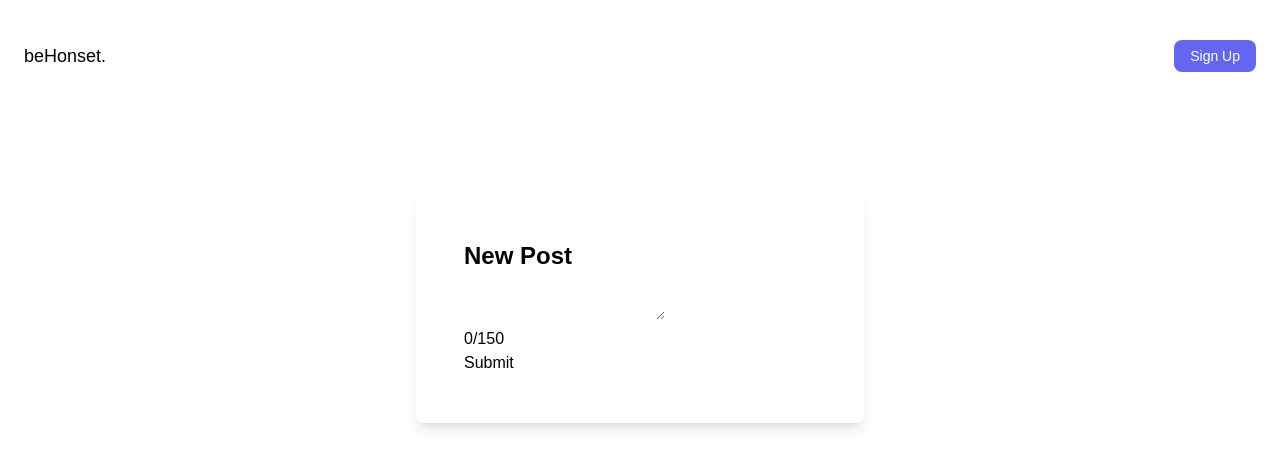
Repository: aidenfine/be-honset
Page: /new-post
These files come from the project's save history. The page is drawn as it stood at one moment and after the next save; the edit follows.
The browser window is 1280 px wide. The pictures show the whole page.
The page's requests for data from a server got no answer. The project was rebuilt for these pictures with package versions that can differ from the ones it lists, and the page was loaded fresh each time. The framework's server and built-in components were replaced by stand-ins that run in the browser. No one was signed in, and anything a server would have sent is missing. Also part of the build but not shown: next.config.js.

Above is the page before, as saved 2022-10-26 20:02:07.

### pages/_app.js
import '../styles/globals.css'
import Layout from '../components/layout'

function MyApp({ Component, pageProps }) {
  return(
    <Layout>
      <Component {...pageProps} />
    </Layout>

  )
}

export default MyApp

### pages/new-post.js
import { auth, db} from '../utils/firebase';
import { useAuthState } from 'react-firebase-hooks/auth';
import { useRouter } from 'next/router';
import { useEffect, useState } from 'react';

export default function post(){


    return(
        <div className='my-20 p-12 shadow-lg rounded-lg max-w-md mx-auto'>
            <form>
                <h1 className='text-2xl font-bold'>New Post</h1>
                <div>
                    <textarea></textarea>
                    <p>0/150</p>
                </div>
                <button>Submit</button>
            </form>
        </div>
    )
}

### styles/globals.css
@tailwind base;
@tailwind components;
@tailwind utilities;


* {
  font-family: 'Montserrat', sans-serif;

}

### components/layout.js
import Nav from "./Nav";

export default function Layout({ children }){
    return(
        <div className="mx-6 md:max-w-10xl md-mx-auto font-montserrat">
            <Nav />
            <main>{children}</main>
        </div>
    )
}

### utils/firebase.js
// Import the functions you need from the SDKs you need
import { initializeApp } from "firebase/app";
import {getAuth} from 'firebase/auth';
import {getFirestore} from 'firebase/firestore'
// TODO: Add SDKs for Firebase products that you want to use
// https://firebase.google.com/docs/web/setup#available-libraries

// Your web app's Firebase configuration
// For Firebase JS SDK v7.20.0 and later, measurementId is optional
const firebaseConfig = {
  apiKey: process.env.NEXT_PUBLIC_API_KEY,
  authDomain: process.env.NEXT_PUBLIC_AUTH_DOMAIN,
  projectId: process.env.NEXT_PUBLIC_PROJECT_ID,
  storageBucket: process.env.NEXT_PUBLIC_STORAGE_BUCKET,
  messagingSenderId: process.env.NEXT_PUBLIC_MESSAGING_SENDER_ID,
  appId: process.env.NEXT_PUBLIC_APP_ID,
  measurementId: process.env.NEXT_PUBLIC_MEASUREMENT_ID
};

// Initialize Firebase
const app = initializeApp(firebaseConfig);
export const auth = getAuth();
export const db = getFirestore(app);

### components/Nav.js
import Link from "next/link"
import { auth } from "../utils/firebase"
import { useAuthState } from "react-firebase-hooks/auth"

export default function Nav(){
    const [user, loading] = useAuthState(auth);

    return(
        <nav className="flex justify-between items-center py-10">
            <Link href="/">
            <button className="text-lg font-medium text-black opacity-87" >beHonset.</button>
            </Link>
            <ul className="flex items-center gap-10">
                {!user && (
                <Link href={"/login"} className="py-1.5 px-4 text-sm bg-indigo-500 text-white opacity-87 rounded-lg font-medium ml-8">Sign Up</Link>
            )}
            {user && (
                <div className="flex items-center gap-6">
                    <Link href="/new-post">
                    <button className="font-medium bg-indigo-500 text-white py-2 px-4 rounded-lg text-sm">Create Post</button>
                    </Link>
                    <Link href="/dashboard">
                        <img className="w-10 rounded-full cursor-pointer" referrerpolicy="no-referrer" src={user.photoURL} />

                    </Link>
                </div>
            )}
            </ul>



        </nav>
    )
}

### tailwind.config.js
/** @type {import('tailwindcss').Config} */
module.exports = {
  content: [
    "./pages/**/*.{js,ts,jsx,tsx}",
    "./components/**/*.{js,ts,jsx,tsx}",
  ],
  darkMode: 'class',
  theme: {
    extend: {
      fontFamily: {
        montserrat: 'Montserrat',
      }
    },
  },
  plugins: [],
}

After the next save:
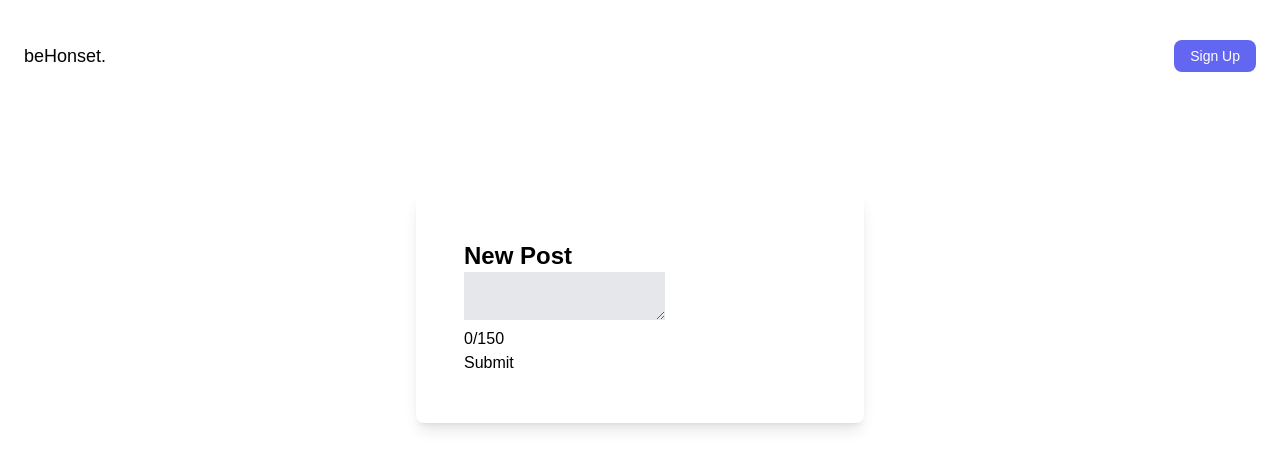
Saved 22 s later.
--- a/pages/new-post.js
+++ b/pages/new-post.js
@@ -11,7 +11,7 @@
             <form>
                 <h1 className='text-2xl font-bold'>New Post</h1>
                 <div>
-                    <textarea></textarea>
+                    <textarea className='bg-gray-200'></textarea>
                     <p>0/150</p>
                 </div>
                 <button>Submit</button>
